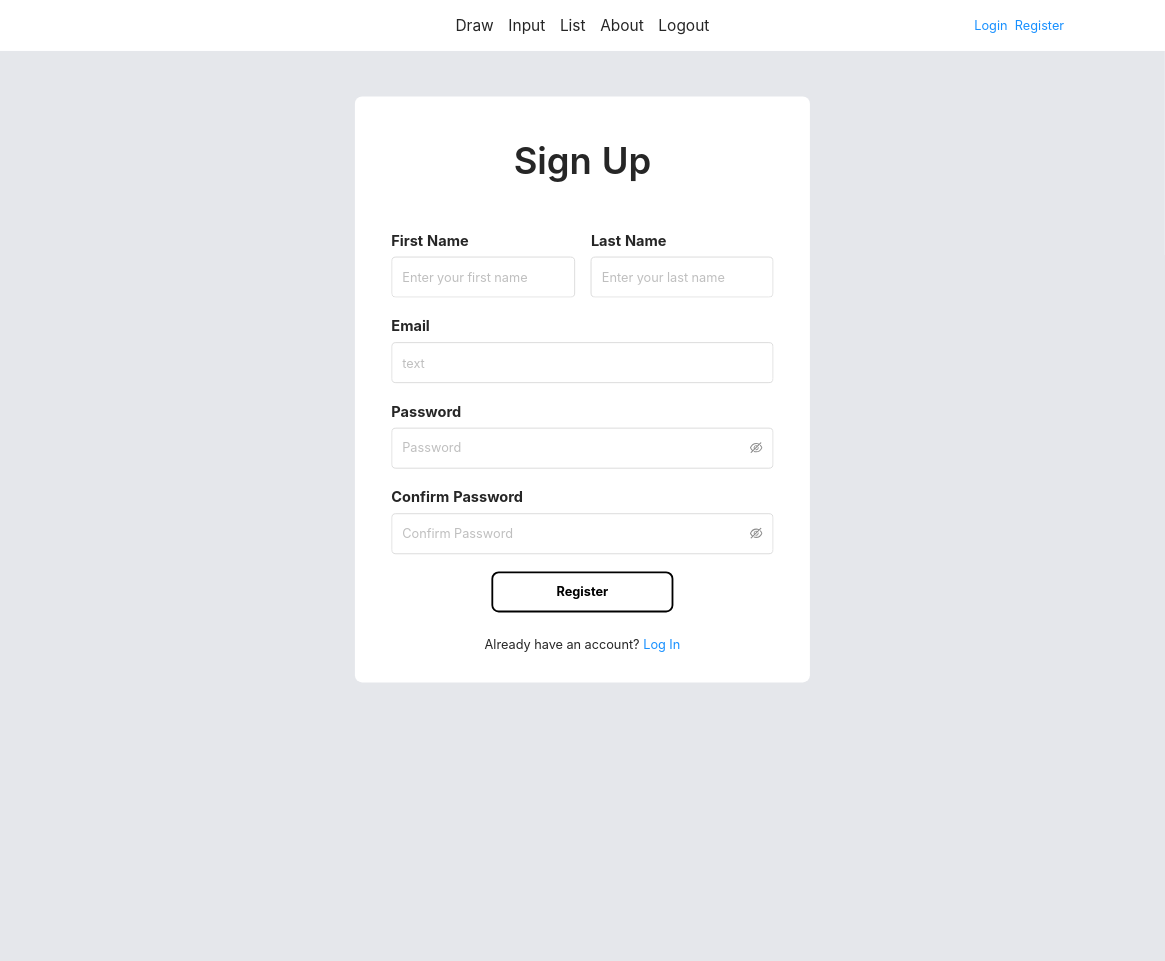
Repository: truongnguyenuit/DrawApp
Page: /auth/register (app in client/)
These files come from the project's save history. The page is drawn as it stood at one moment and after the next save; the edit follows.
The browser window is 1280 px wide. The pictures show the whole page, at 91% of full size.
The project was rebuilt for these pictures with package versions that can differ from the ones it lists, and the page was loaded fresh each time. The framework's server and built-in components were replaced by stand-ins that run in the browser. Also part of the build but not shown: client/next.config.js.

Above is the page before, as saved 2022-08-19 11:46:48.

After the next save:
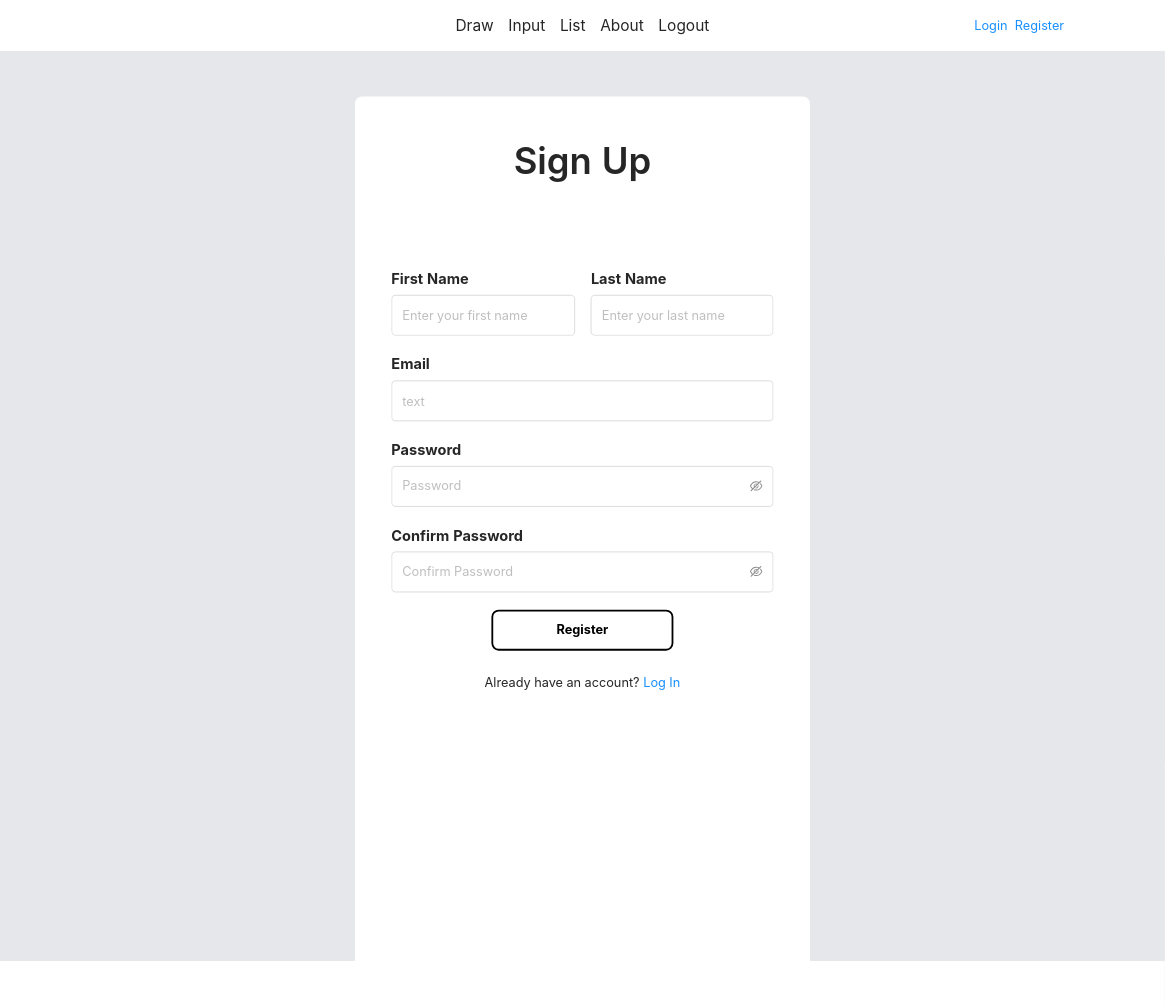
Saved 31 s later.
--- a/client/pages/auth/register.js
+++ b/client/pages/auth/register.js
@@ -40,7 +40,7 @@
   return (
     <div className=' flex justify-center bg-gray-200 h-[1000px]'>
 
-      <div className="bg-white mt-[50px] w-[500px] h-[644px] flex flex-col items-center gap-0.5 p-10 rounded-lg">
+      <div className="bg-white mt-[50px] w-[500px] h-full flex flex-col items-center gap-0.5 p-10 rounded-lg">
 
         <span className="text-[40px] mb-[39px] font-semibold">
           Sign Up

After the save that followed:
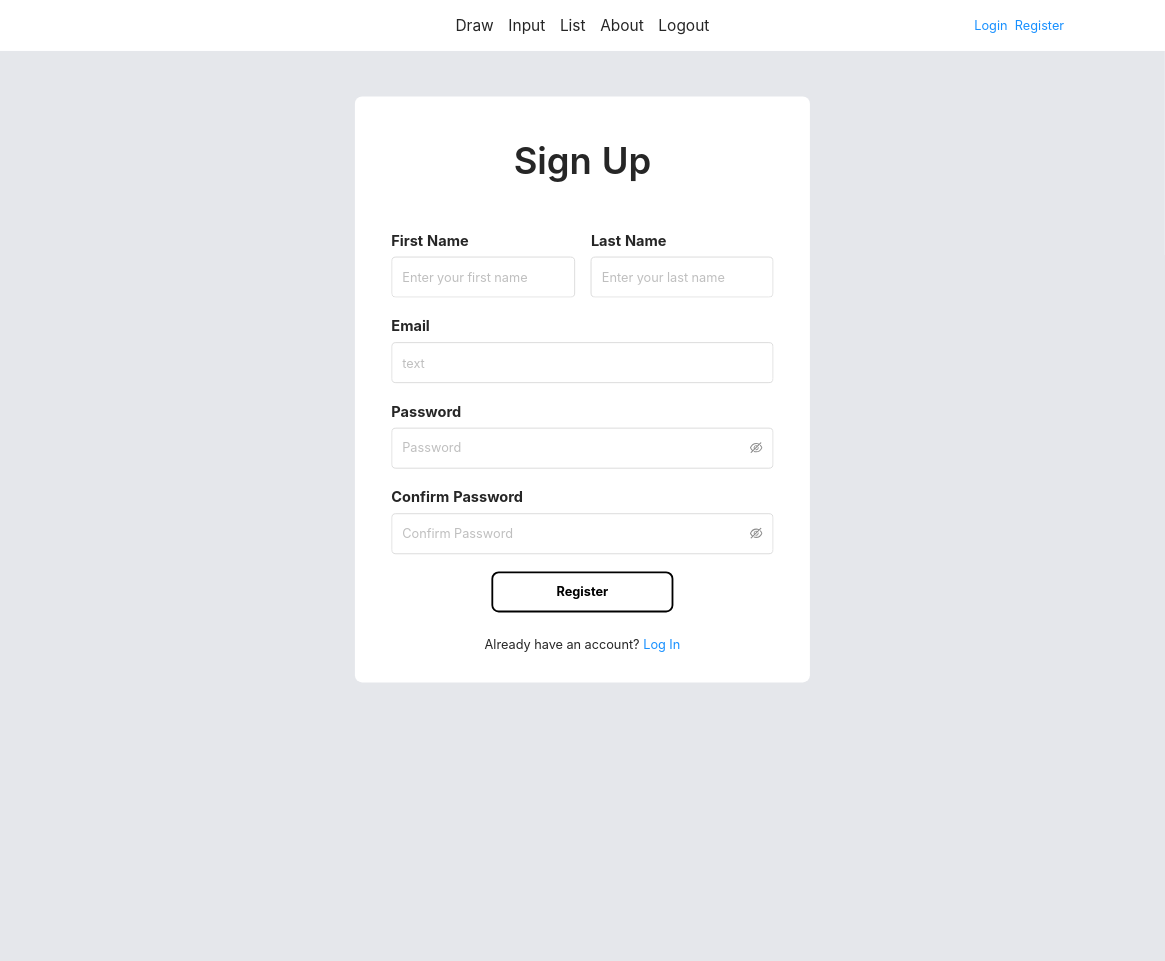
Saved 35 s later.
--- a/client/pages/auth/register.js
+++ b/client/pages/auth/register.js
@@ -40,7 +40,7 @@
   return (
     <div className=' flex justify-center bg-gray-200 h-[1000px]'>
 
-      <div className="bg-white mt-[50px] w-[500px] h-full flex flex-col items-center gap-0.5 p-10 rounded-lg">
+      <div className="bg-white mt-[50px] w-[500px] h-[644px] flex flex-col items-center gap-0.5 p-10 rounded-lg">
 
         <span className="text-[40px] mb-[39px] font-semibold">
           Sign Up
